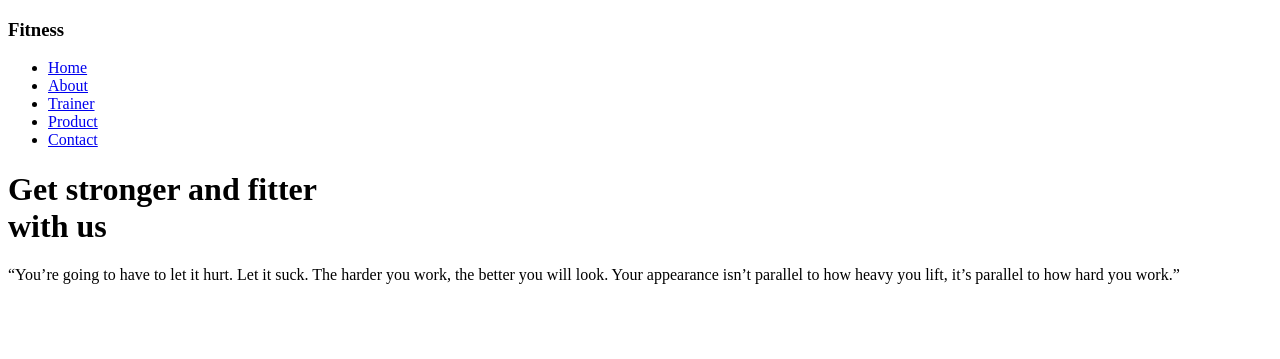
Repository: Mayur2905/OIBSIP
Page: Task-1/index.html
The author's editor kept a copy of each file at every save. The page is drawn from the files as they stood at one save, then again after the next save.
The browser window is 1280 px wide. The pictures show the whole page.

Above is the page before, as saved 2022-02-02 23:31:09.

### Task-1/index.html
<!DOCTYPE html>
<html lang="en">
<head>
    <meta charset="UTF-8">
    <meta http-equiv="X-UA-Compatible" content="IE=edge">
    <meta name="viewport" content="width=device-width, initial-scale=1.0">
    <title>Simple Landing Page</title>
</head>
<body>
    <div class="container">
        <div class="navbar">
            <h3 class="logo">Fitness</h3>
        </div>
        <nav>
            <ul>
                <li><a href="#">Home</a></li>
                <li><a href="#">About</a></li>
                <li><a href="#">Trainer</a></li>
                <li><a href="#">Product</a></li>
                <li><a href="#">Contact</a></li>
            </ul>
        </nav>
    </div>
    <div class="content">
        <h1>Get stronger and fitter <br> <span class="sytle">with us</span></h1>
        <p>“You’re going to have to let it hurt. Let it suck. The harder you work, the better you will look. Your appearance isn’t parallel to how heavy you lift, it’s parallel to how hard you work.”</p>
    </div>
</body>
</html>

After the next save:
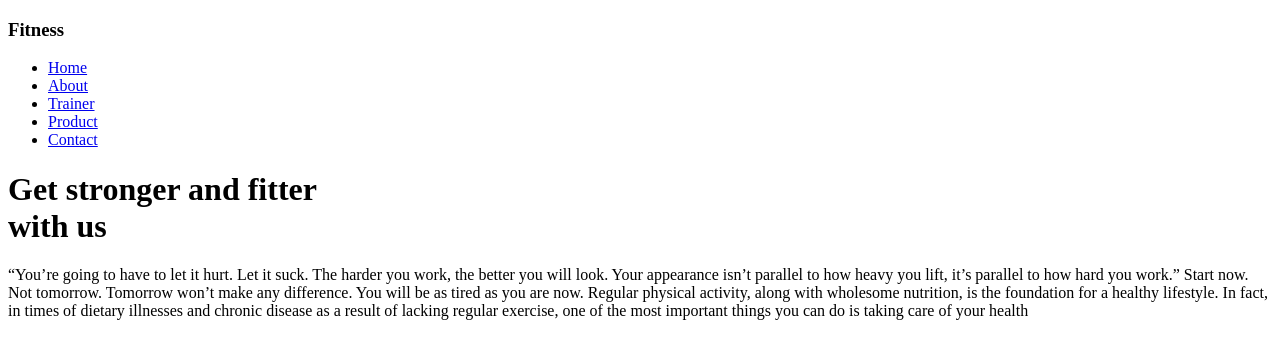
Saved 3 min 42 s later.
--- a/Task-1/index.html
+++ b/Task-1/index.html
@@ -23,7 +23,11 @@
     </div>
     <div class="content">
         <h1>Get stronger and fitter <br> <span class="sytle">with us</span></h1>
-        <p>“You’re going to have to let it hurt. Let it suck. The harder you work, the better you will look. Your appearance isn’t parallel to how heavy you lift, it’s parallel to how hard you work.”</p>
+        <p>“You’re going to have to let it hurt. Let it suck. The harder you work, the better you will look. Your appearance isn’t parallel to how heavy you lift, it’s parallel to how hard you work.”
+            Start now. Not tomorrow. Tomorrow won’t make any difference. You will be as tired as you are now.
+            Regular physical activity, along with wholesome nutrition, is the foundation for a healthy lifestyle. In fact, in times of dietary illnesses and chronic disease as a result of lacking regular exercise, one of the most important things you can do is taking care of your health
+
+        </p>
     </div>
 </body>
 </html>
